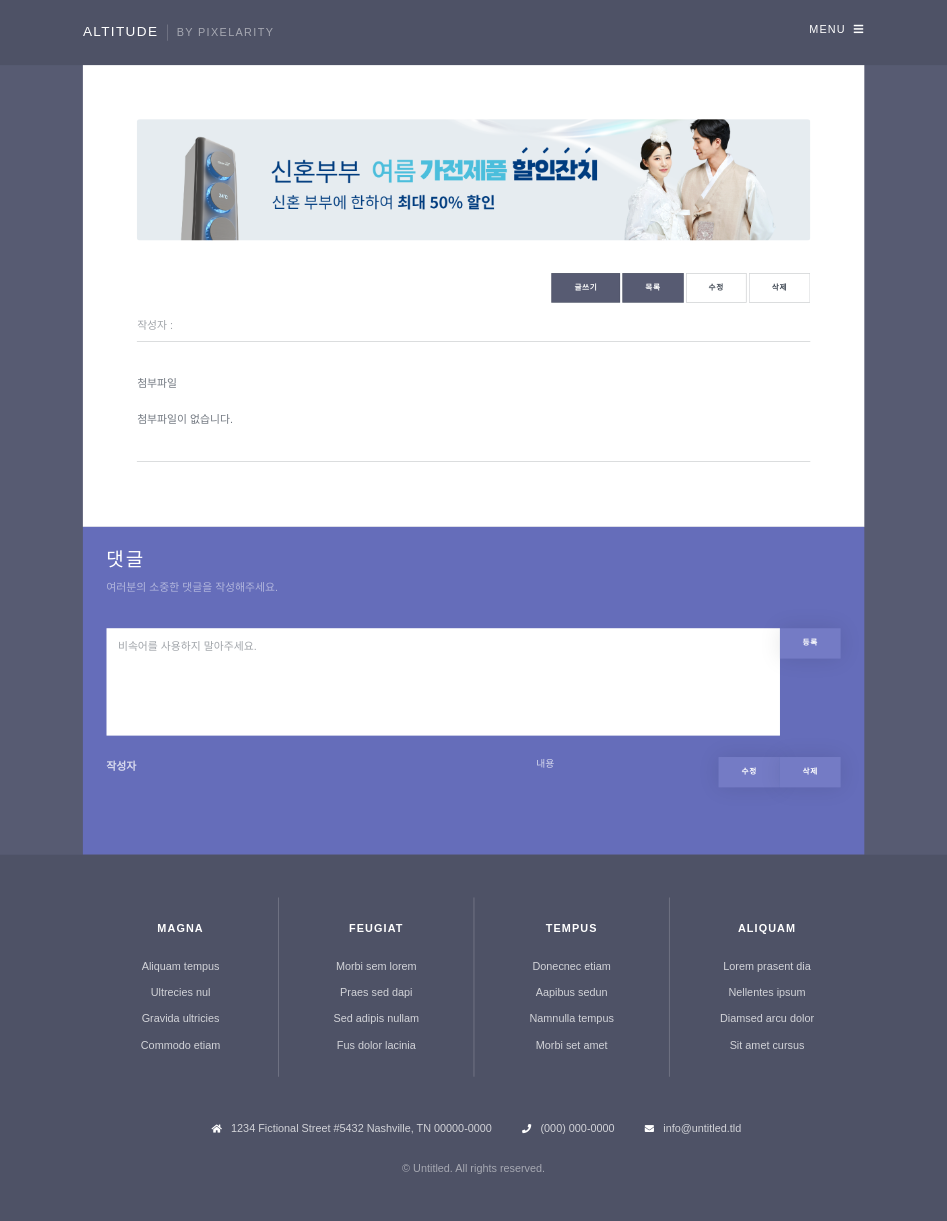
Repository: kkkukkk/Study-JSP
Page: http://localhost/boardMVC/app/board/boardDetail.jsp
These files come from the project's save history. The page is drawn as it stood at one moment and after the next save; the edit follows.
The browser window is 1280 px wide. The pictures show the whole page, at 74% of full size.
Some web fonts or font styles are not loaded; a fallback is used. The page is served by Tomcat 9. Other server files are loaded and not shown.

Above is the page before, as saved 2022-02-25 02:43:26.

### workspace/boardMVC/WebContent/app/board/boardDetail.jsp
<%@ page language="java" contentType="text/html; charset=UTF-8"
    pageEncoding="UTF-8"%>
<%@ taglib uri="http://java.sun.com/jsp/jstl/core" prefix="c" %>
<%@ taglib uri="http://java.sun.com/jsp/jstl/functions" prefix="fn" %>
<!DOCTYPE HTML>
<!--
   Altitude by Pixelarity
   pixelarity.com | hello@pixelarity.com
   License: pixelarity.com/license
-->
<html>
   <head>
      <title>게시글 상세보기</title>
      <meta charset="utf-8" />
      <meta name="viewport" content="width=device-width, initial-scale=1, user-scalable=no" />
      <link rel="stylesheet" href="${pageContext.request.contextPath}/assets/css/main.css" />
      <style>
         form textarea{
            border-radius:0;
            resize:none;
            color:black !important;
         }

         form div#reply{
            display:flex;
            margin-bottom:3%;
         }

         input[type='submit']:not(#register), input[type='button'] {border-radius:0;}

         ul.actions li {
             padding: 0 0 0 0.2em;
         }

         p.content{
            width:63%;
         }

         p.writer{
            width:20%;
            font-weight:bold;
         }

      </style>
   </head>
   <body class="is-preload">
   		<c:set var="board" value="${board}"/>
   		<c:set var="files" value="${files}"/>
   		<c:set var="page" value="${page}"/>
      <!-- Page Wrapper -->
         <div id="page-wrapper">

            <!-- Wrapper -->
               <div class="wrapper">
                  <div class="inner">
                     <jsp:include page="/app/fix/header.jsp"/>
                  </div>
               </div>

            <!-- Wrapper -->
               <div class="wrapper">
                  <div class="inner">

                     <!-- Main -->
                     <section class="main">
                        <a href="#" class="image main"><img src="${pageContext.request.contextPath}/images/boardView.png" alt="" /></a>
                        <div class="col-12">
                           <ul class="actions" style="display:flex; justify-content:flex-end;">
                              <li><input type="button" value="글쓰기" class="primary" onclick="location.href = '${pageContext.request.contextPath}/board/BoardWrite.bo'"/></li>
                              <li><input type="button" value="목록" class="primary" onclick="location.href = '${pageContext.request.contextPath}/board/BoardListOk.bo'"/></li>
                              <c:if test="${memberNumber eq board.getMemberNumber()}">
	                              <li><input type="button" value="수정" onclick="location.href = '${pageContext.request.contextPath}/board/BoardUpdate.bo?boardNumber=${board.getBoardNumber()}&page=${page}'"/></li>
	                              <li><input type="button" value="삭제" onclick="location.href = '${pageContext.request.contextPath}/board/BoardDeleteOk.bo?boardNumber=${board.getBoardNumber()}'"/></li>
	                          </c:if>
                           </ul>
                        </div>
                        <header class="major">

                           <h2 style="text-align:left;">${board.getBoardTitle()}</h2>
                           <p style="text-align:left; margin-bottom:1%">작성자 : ${board.getMemberId()}</p>
                        </header>
                        <hr style="margin-top:0;">
                           <div>
                              첨부파일
                           </div>
                           <!-- 첨부파일 목록 -->
                           <c:choose>
                           	<c:when test="${files != null and fn:length(files) > 0}">
	                           <c:forEach var="file" items="${files}">
		                           <a href="${pageContext.request.contextPath}/board/FileDownloadOk.bo?fileName=${file.getFileName()}&fileNameOriginal=${file.getFileNameOriginal()}">
		                           	<c:out value="${file.getFileNameOriginal()}"/>
		                           </a>
		                           <br>
	                           </c:forEach>
	                       	</c:when>
	                       	<c:otherwise>
	                       		<br>
	                       		첨부파일이 없습니다.
	                       	</c:otherwise>
                           </c:choose>
                        <hr />
                        <!-- 내용 -->
                        <h3><pre>${board.getBoardContent()}</pre></h3>
                     </section>
                     <section class="main accent2" style="padding:3%">
                        <header class="major" style="text-align:left;">
                           <h2>댓글</h2>
                           <p>여러분의 소중한 댓글을 작성해주세요.</p>
                        </header>
                        <form method="post" action="#" class="combined" style="width:auto;">
                           <textarea name="content" id="content" placeholder="비속어를 사용하지 말아주세요." class="invert" rows="5" style="border-radius:0; resize:none;"></textarea>
                           <input id="register" type="button" class="primary" value="등록"/>
                        </form>
                        <form action="#" id="replies" class="combined" style="flex-direction:column; margin:0; display:contents;">
                        	<div id="reply">
                        		<p class="writer">작성자</p>
                        		<div class="content" style="width:100%">
                        			<pre>
                        				내용
                        			</pre>
                        		</div>
                        		<input type="button" class="primary" value="수정">
                        		<input type="button" class="primary" value="삭제">
                        	</div>
                        </form>
                     </section>
                  </div>
               </div>

            <!-- Wrapper -->
               <div class="wrapper">
                  <div class="inner">

                     <!-- Footer -->
                        <footer id="footer">
                           <section class="links">
                              <div>
                                 <h3>Magna</h3>
                                 <ul class="plain">
                                    <li><a href="#">Aliquam tempus</a></li>
                                    <li><a href="#">Ultrecies nul</a></li>
                                    <li><a href="#">Gravida ultricies</a></li>
                                    <li><a href="#">Commodo etiam</a></li>
                                 </ul>
                              </div>
                              <div>
                                 <h3>Feugiat</h3>
                                 <ul class="plain">
                                    <li><a href="#">Morbi sem lorem</a></li>
                                    <li><a href="#">Praes sed dapi</a></li>
                                    <li><a href="#">Sed adipis nullam</a></li>
                                    <li><a href="#">Fus dolor lacinia</a></li>
                                 </ul>
                              </div>
                              <div>
                                 <h3>Tempus</h3>
                                 <ul class="plain">
                                    <li><a href="#">Donecnec etiam</a></li>
                                    <li><a href="#">Aapibus sedun</a></li>
                                    <li><a href="#">Namnulla tempus</a></li>
                                    <li><a href="#">Morbi set amet</a></li>
                                 </ul>
                              </div>
                              <div>
                                 <h3>Aliquam</h3>
                                 <ul class="plain">
                                    <li><a href="#">Lorem prasent dia</a></li>
                                    <li><a href="#">Nellentes ipsum</a></li>
                                    <li><a href="#">Diamsed arcu dolor</a></li>
                                    <li><a href="#">Sit amet cursus</a></li>
                                 </ul>
                              </div>
                           </section>
                           <ul class="contact-icons">
                              <li class="icon solid fa-home">1234 Fictional Street #5432 Nashville, TN 00000-0000</li>
                              <li class="icon solid fa-phone"><a href="#">(000) 000-0000</a></li>
                              <li class="icon solid fa-envelope"><a href="#">info@untitled.tld</a></li>
                           </ul>
                           <p class="copyright">&copy; Untitled. All rights reserved.</p>
                        </footer>

                  </div>
               </div>

         </div>

      <!-- Scripts -->
         <script src="${pageContext.request.contextPath}/assets/js/jquery.min.js"></script>
         <script src="${pageContext.request.contextPath}/assets/js/browser.min.js"></script>
         <script src="${pageContext.request.contextPath}/assets/js/breakpoints.min.js"></script>
         <script src="${pageContext.request.contextPath}/assets/js/util.js"></script>
         <script src="${pageContext.request.contextPath}/assets/js/main.js"></script>
   </body>
</html>

### workspace/boardMVC/WebContent/app/fix/header.jsp
<%@ page language="java" contentType="text/html; charset=UTF-8"
    pageEncoding="UTF-8"%>
<%@ taglib uri="http://java.sun.com/jsp/jstl/core" prefix="c" %>
<header id="header">
	<a href="index.html" class="logo">Altitude <span>by Pixelarity</span></a>
	<nav>
		<ul>
			<li><a href="#menu">Menu</a></li>
		</ul>
	</nav>
</header>

<!-- Nav -->
<nav id="menu">
	<ul class="actions stacked">
		<c:choose>
			<c:when test="${memberNumber eq null}">
				<li><a href="${pageContext.request.contextPath }/member/MemberJoin.me" class="button primary fit">회원가입</a></li>
				<li><a href="${pageContext.request.contextPath }/member/MemberLogin.me" class="button fit">로그인</a></li>
			</c:when>
			<c:otherwise>
				<li><a href="${pageContext.request.contextPath }/member/MemberLogout.me" class="button fit">로그아웃</a></li>
			</c:otherwise>
		</c:choose>
	</ul>
</nav>

Loaded but not shown: workspace/boardMVC/WebContent/assets/js/jquery.min.js (library); workspace/boardMVC/WebContent/assets/js/browser.min.js (common file); workspace/boardMVC/WebContent/assets/js/breakpoints.min.js (common file); workspace/boardMVC/WebContent/assets/css/fontawesome-all.min.css (library); workspace/boardMVC/WebContent/assets/js/util.js (587 lines, source omitted); workspace/boardMVC/WebContent/assets/js/main.js (337 lines, source omitted); workspace/boardMVC/WebContent/assets/css/main.css (5511 lines, source omitted)

After the next save:
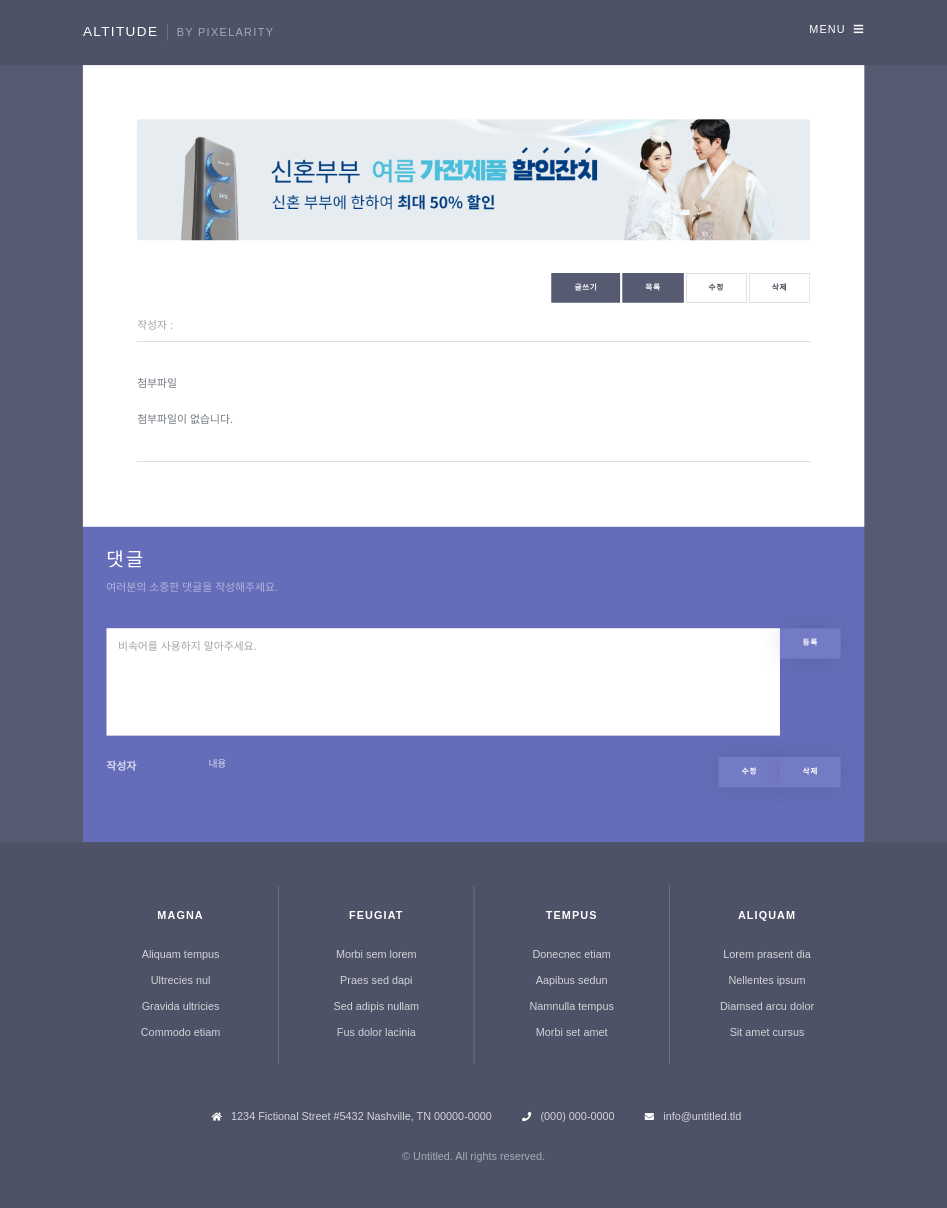
Saved 31 s later.
--- a/workspace/boardMVC/WebContent/app/board/boardDetail.jsp
+++ b/workspace/boardMVC/WebContent/app/board/boardDetail.jsp
@@ -115,9 +115,7 @@
                         	<div id="reply">
                         		<p class="writer">작성자</p>
                         		<div class="content" style="width:100%">
-                        			<pre>
-                        				내용
-                        			</pre>
+                        			<pre>내용</pre>
                         		</div>
                         		<input type="button" class="primary" value="수정">
                         		<input type="button" class="primary" value="삭제">
